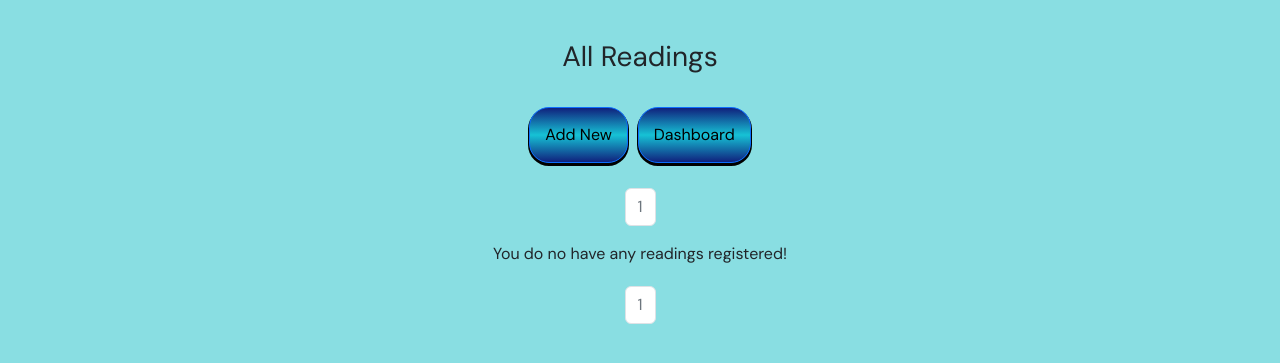
Repository: aiodell/my-glucose-checkup
Page: /bgls/all (app in client/)
An editor plug-in stored every save of this project. The page is shown before and after the next save, followed by the edit.
The browser window is 1280 px wide. The pictures show the whole page.
The page's requests for data from a server got no answer. The project was rebuilt for these pictures with package versions that can differ from the ones it lists, and the page was loaded fresh each time. No one was signed in, and anything a server would have sent is missing. Also part of the build but not shown: client/src/components/Login.js, client/src/components/Signup.js, client/src/components/Dashboard.js, client/src/components/NewReading.js, client/src/components/Home.js, client/src/components/BglUpdateForm.js, client/src/components/BglEventDetails.js, client/src/components/NewBglEvent.js and 8 more.

Above is the page before, as saved 2022-10-06 06:59:53.

After the next save:
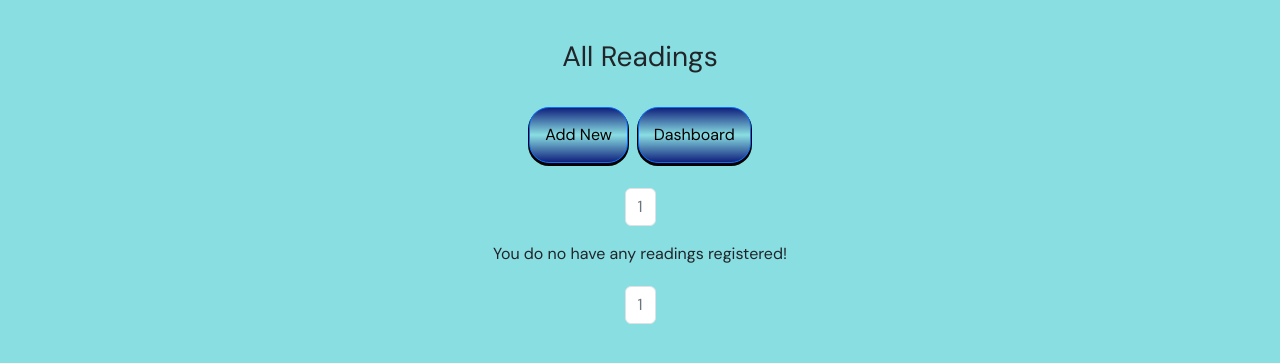
Saved 10 s later.
--- a/client/src/styles.css
+++ b/client/src/styles.css
@@ -9,7 +9,7 @@ body {
 
 /*Universal */
 .btns {
-  background-image: linear-gradient(#10217d, #16c2d5,#10217d);
+  background-image: linear-gradient(#10217d,	#89dee2,#10217d);
   color: rgb(0, 0, 0);
   padding: 15px;
   margin: 5px;
